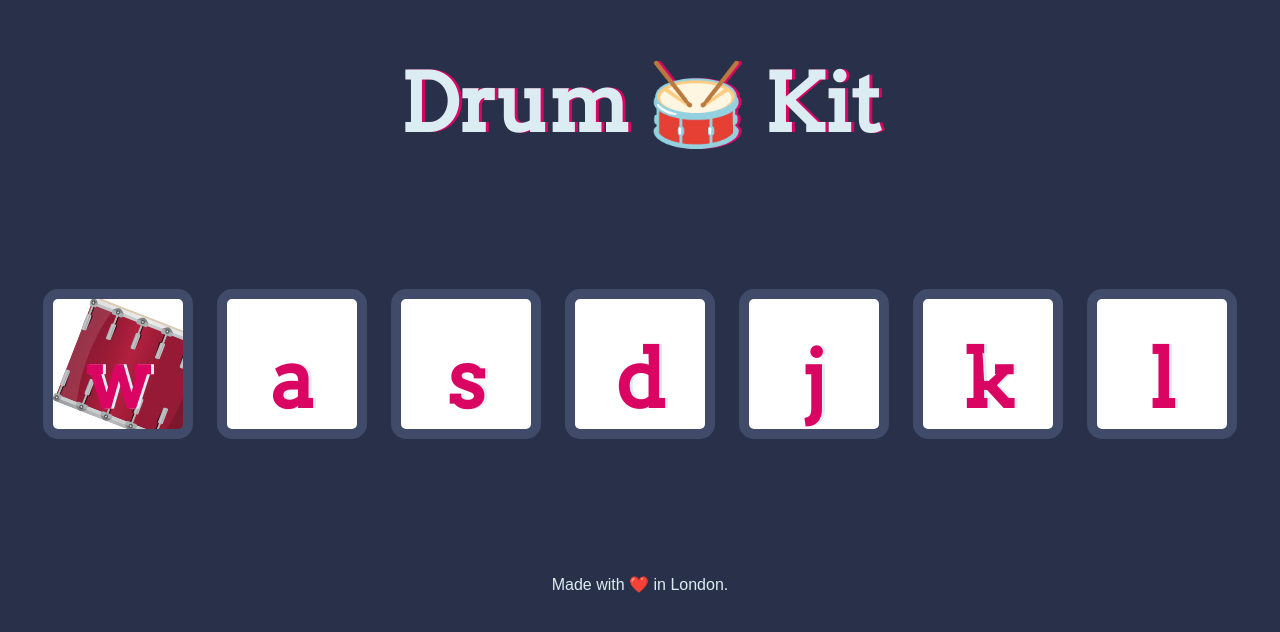
Repository: thecoachanna/drum-kit
Page: index.html
An editor plug-in stored every save of this project. The page is shown before and after a run of saves, followed by the edit.
The browser window is 1280 px wide. The pictures show the whole page.

Above is the page before, as saved 2023-02-20 17:02:56.

### styles.css
body {
  text-align: center;
  background-color: #283149;
}

h1 {
  font-size: 5rem;
  color: #DBEDF3;
  font-family: "Arvo", cursive;
  text-shadow: 3px 0 #DA0463;

}

footer {
  color: #DBEDF3;
  font-family: sans-serif;
}

.w {
  background-image: url('images/tom1.png');
}

.a {

}

.s {

}

.d {

}

.j {

}

.k {

}

.l {

}

.set {
  margin: 10% auto;
}

.game-over {
  background-color: red;
  opacity: 0.8;
}

.pressed {
  box-shadow: 0 3px 4px 0 #DBEDF3;
  opacity: 0.5;
}

.red {
  color: red;
}

.drum {
  outline: none;
  border: 10px solid #404B69;
  font-size: 5rem;
  font-family: 'Arvo', cursive;
  line-height: 2;
  font-weight: 900;
  color: #DA0463;
  text-shadow: 3px 0 #DBEDF3;
  border-radius: 15px;
  display: inline-block;
  width: 150px;
  height: 150px;
  text-align: center;
  margin: 10px;
  background-color: white;
}

### index.js

var drumButtons = document.querySelectorAll(".drum");

for (var drumButton of drumButtons) {
  drumButton.addEventListener("click", function() {
      var audio = new Audio('sounds/tom-1.mp3');
      audio.play();
  });
}

Loaded but not shown: index.html (common file)

After the next 2 saves:
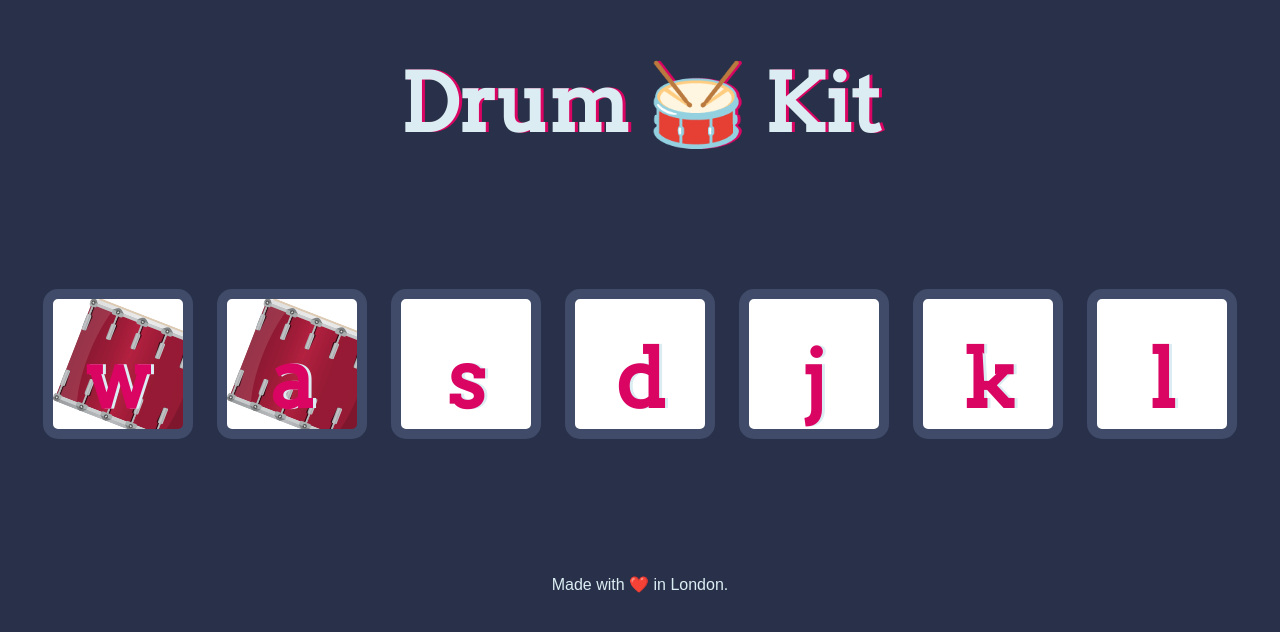
The 2 saves are shown as one change because they came seconds apart.
The last was saved 10 s later.
--- a/styles.css
+++ b/styles.css
@@ -21,7 +21,7 @@ footer {
 }
 
 .a {
-
+  background-image: url('images/tom1.png');
 }
 
 .s {
